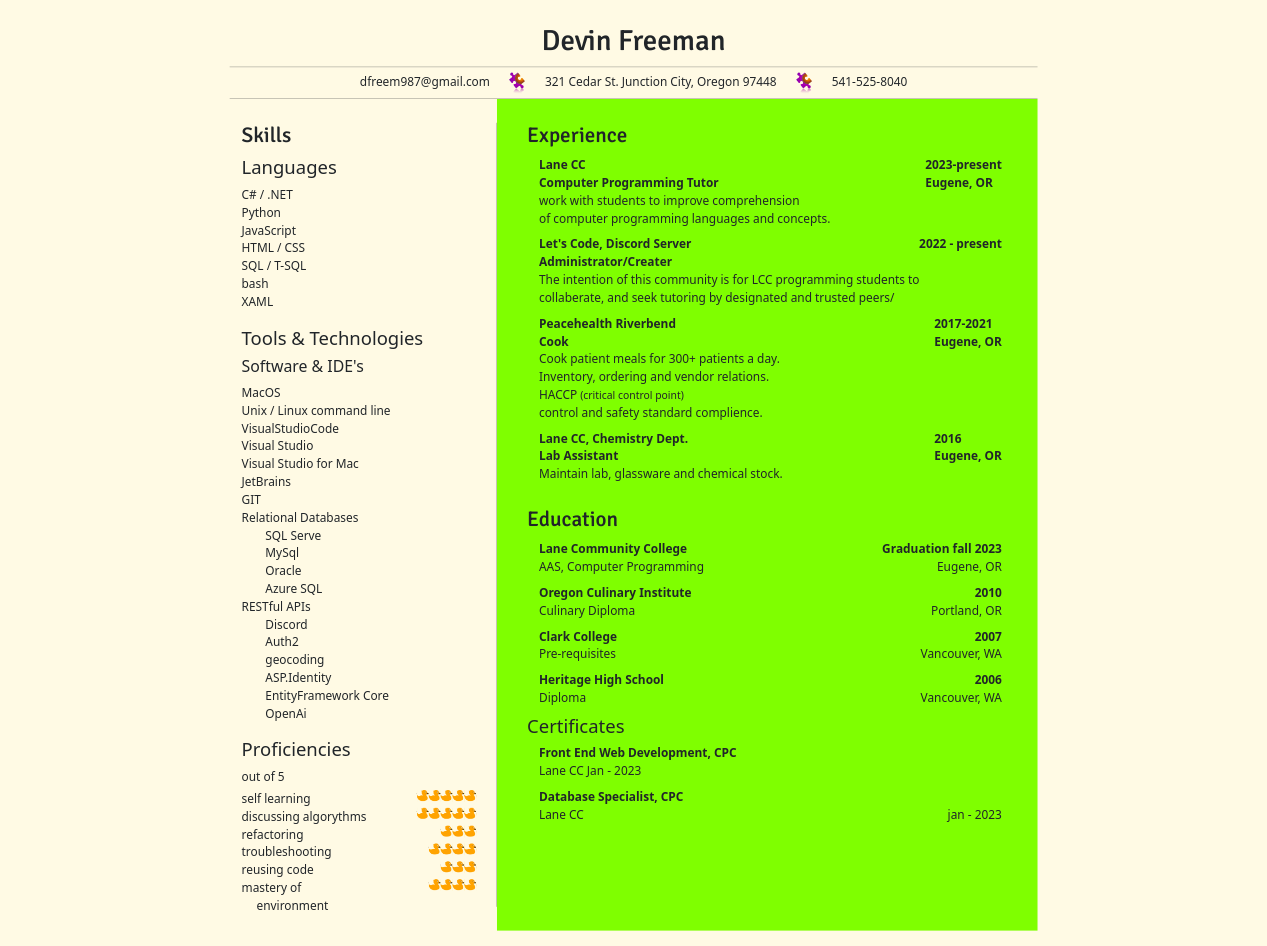
Repository: Dfreem/Resume
Page: index.html
An editor plug-in stored every save of this project. The page is shown before and after the next save, followed by the edit.
The browser window is 1280 px wide. The pictures show the whole page, at 99% of full size.

Above is the page before, as saved 2023-02-13 09:14:58.

### index.html
<!DOCTYPE html>
<html lang="en">

<head>
    <meta charset="UTF-8">
    <meta http-equiv="X-UA-Compatible" content="IE=edge">
    <meta name="viewport" content="width=device-width, initial-scale=1.0">
    <link href="https://cdn.jsdelivr.net/npm/bootstrap@5.3.0-alpha1/dist/css/bootstrap.min.css" rel="stylesheet"
        integrity="sha384-GLhlTQ8iRABdZLl6O3oVMWSktQOp6b7In1Zl3/Jr59b6EGGoI1aFkw7cmDA6j6gD" crossorigin="anonymous">
    <link href="resume.css" rel="stylesheet" />
    <title>Devin Freeman</title>
</head>

<body>

    <h1>Devin Freeman</h1>
    <hr />

    <!-- ========= banner ========= -->

    <div class="personal-info">
        dfreem987@gmail.com
        &emsp;
        <span><img src="puzzle.png" class="puzzle-piece"></img></span>
        &emsp;
        321 Cedar St. Junction City, Oregon 97448
        &emsp;
        <span><img src="puzzle.png" class="puzzle-piece"></img></span>
        &emsp;
        541-525-8040
        <!-- &nbsp;freemand@my.lanecc.edu -->
    </div>
    <hr />
    <!-- ========= Skills start ========= -->

    <div class="hstack">
        <div class="vstack skill-stack">
            <h2>Skills</h2>

            <!-- ========= programming language list ========= -->

            <ul class="langs">
                <div class="d-flex flex-row flex-nowrap">
                    <h3>Languages</h3>
                </div>
                <li class="d-flex flex-row flex-nowrap">
                    C# / .NET</li>
                <li class="d-flex flex-row flex-nowrap">
                    Python</li>
                <li class="d-flex flex-row flex-nowrap">
                    JavaScript</li>
                <li class="d-flex flex-row flex-nowrap">
                    HTML / CSS</li>
                <li class="d-flex flex-row flex-nowrap">
                    SQL / T-SQL</li>
                <li class="d-flex flex-row flex-nowrap">
                    bash</li>
                <li class="d-flex flex-row flex-nowrap">
                    XAML</li>
            </ul>
            <ul>
                <div>
                    <h3>Tools & Technologies</h3>
                    <h4>Software & IDE's</h4>
                    <li>MacOS</li>
                    <li>Unix / Linux command line</li>
                    <li>VisualStudioCode</li>
                    <li>Visual Studio</li>
                    <li>Visual Studio for Mac</li>
                    <li>JetBrains </li>
                    <li>GIT</li>
                    <li>
                        <ul>
                            Relational Databases
                            <li class="ms-4">SQL Serve</li>
                            <li class="ms-4">MySql</li>
                            <li class="ms-4">Oracle</li>
                            <li class="ms-4">Azure SQL</li>
                        </ul>
                    </li>
                    <li>
                        <ul>
                            RESTful APIs
                            <li class="ms-4">Discord</li>
                            <li class="ms-4">Auth2</li>
                            <li class="ms-4">geocoding</li>
                            <li class="ms-4">ASP.Identity</li>
                            <li class="ms-4">EntityFramework Core</li>
                            <li class="ms-4">OpenAi</li>
                        </ul>
                    </li>
                    <li>

                    </li>
                    <li>

                    </li>
                </div>
            </ul>

            <!-- ========= Soft Skills ========= -->
            <div>
                <h3 class="same-line">Proficiencies</h3>

                <div class="push-right same-line">
                    out of 5
                </div>

            </div>
            <ul class="profs me-2">
                <li class="d-flex flex-row flex-nowrap">
                    self learning<div class="push-right five"></div>
                </li>
                <li class="d-flex flex-row flex-nowrap">
                    discussing algorythms<div class="push-right five"></div>
                </li>
                <li class="d-flex flex-row flex-nowrap">
                    refactoring<div class="push-right three"></div>
                </li>
                <li class="d-flex flex-row flex-nowrap">
                    troubleshooting<div class="push-right four"></div>
                </li>
                <li class="d-flex flex-row flex-nowrap">
                    reusing code<div class="push-right three"></div>
                </li>
                <li class="d-flex flex-row flex-nowrap">
                    mastery of <br />&emsp; environment<div class="push-right four">
                    </div>
                </li>
                <li class="dlex flex-row flex-nowrap"></li>
            </ul>

            <!-- ========= Professional References ========= -->

            <!-- <hr class="my-3" />
                <h3>References</h3>
                <dl class="profs me-2">
                    <dt class="d-flex flex-row flex-nowrap">
                        Bryce Fisher
                        <div class="push-right">
                            Lane CC, 2022
                        </div>
                    </dt>
                    <dd>
                        <b>collaborator / school colleague</b><br />
                        360-913-4165 <br />
                        bryce.e.fisher@gmail.com.
                    </dd>
                </dl>

                <dl class="profs me-2">
                    <dt class="d-flex flex-row flex-nowrap">
                        Ben Wilson
                        <div class="push-right">
                            Lane CC, 2022
                    </div>
                </dt>
                <dd>
                    <b>school colleague / tutee</b><br />
                    541-870-0555<br />
                    benosliw@gmail.com
                </dd>
            </dl>

            <dl class="profs me-2">
                <dt class="d-flex flex-row flex-nowrap">
                    Paul Frost
                    <div class="push-right">
                        Lane CC, 2022
                    </div>
                </dt>
                <dd>
                    <b>school colleague / tutee</b><br />
                    458-210-0711<br />
                    workpaulfrost@gmail.com<br />

                </dd>
            </dl> -->
        </div>
        <div class="vr my-4"></div>
        <div class="vstack work-stack">

            <!-- ========= Most Recent Work History ========= -->

            <dl class="work-history mt-4">
                <h2>Experience</h2>

                <!-- ========== Experience ========== -->

                <div class="container work-container">
                    <dt class="d-flex flex-nowrap flex-row">
                        Lane CC
                        <br />
                        Computer Programming Tutor
                        <div class="push-right">
                            2023-present
                            <br />
                            Eugene, OR
                        </div>
                    </dt>
                    <dd class="ed-details">
                        work with students to improve comprehension <br /> of computer programming languages and
                        concepts.
                    </dd>
                </div>

                <div class="container work-container">
                    <dt class="d-flex flex-nowrap flex-row">
                        Let's Code, Discord Server<br />
                        Administrator/Creater
                        <div class="push-right">2022 - present</div>
                    </dt>
                    <dd class="ed-title">
                        The intention of this community is for LCC programming students to<br />
                        collaberate, and seek tutoring by designated and trusted peers/
                    </dd>
                </div>
                <!-- ========== work history slot 2 ========== -->
                <div class="container work-container">
                    <dt class="d-flex flex-nowrap flex-row">
                        Peacehealth Riverbend
                        <br />
                        Cook
                        <div class="push-right">
                            2017-2021
                            <br />
                            Eugene, OR
                        </div>
                    </dt>
                    <dd class="ed-details">
                        Cook patient meals for 300+ patients a day. <br />
                        Inventory, ordering and vendor relations. <br />
                        HACCP <small>(critical control point)</small><br />
                        control and safety standard complience. <br />
                    </dd>
                </div>

                <!-- ========== work history slot 3 ========== -->
                <!--
                    <div class="container work-container">
                        <dt class="d-flex flex-nowrap flex-row">
                            McMenamins
                            <br />
                            Assistant kitchen manager
                            <div class="push-right">
                                2011-2013
                                <br />
                                Portland, OR
                                <br />
                            </div>
                        </dt>
                        <dd class="ed-details">
                            Staff management. Food order expeditor. <br />
                            Proficient in all stations including Pizza Kitchen.
                        </dd>
                    </div> -->

                <!-- ========== work history slot 3 ========== -->

                <div class="container work-container">
                    <dt class="d-flex flex-nowrap flex-row">
                       Lane CC, Chemistry Dept.
                        <br />
                        Lab Assistant
                        <div class="push-right">
                            2016
                            <br />
                            Eugene, OR
                        </div>
                    </dt>
                    <dd class="ed-details">Maintain lab, glassware and chemical stock.</dd>
                </div>
            </dl>

            <!-- ========== Education Start ========== -->

            <dl class="education">
                <h2>Education</h2>

                <!-- ========== Education slot 1 ========== -->

                <div class="container work-container">
                    <dt class="d-flex flex-nowrap flex-row">
                        <div class="ed-title">Lane Community College</div>
                        <div class="push-right">Graduation fall 2023</div>
                    </dt>
                    <dd class="d-flex flex-nowrap flex-row">
                        <div class="ed-title">AAS, Computer Programming </div>
                        <span class="push-right"> Eugene, OR </span>
                    </dd>
                </div>

                <!-- ========== Education slot 2 ========== -->

                <div class="container work-container">
                    <dt class="d-flex flex-nowrap flex-row">
                        <div class="ed-title">Oregon Culinary Institute</div>
                        <span class="push-right">2010</span>
                    </dt>
                    <dd class="d-flex flex-nowrap flex-row">
                        <div class="ed-title">Culinary Diploma</div>
                        <span class="push-right">Portland, OR</span>
                    </dd>
                </div>

                <!-- ========== Education slot 3 ========== -->

                <div class="container work-container">
                    <dt class="d-flex flex-nowrap flex-row">
                        <div class="ed-title">Clark College</div>
                        <span class="push-right">2007</span>
                    </dt>
                    <dd class="d-flex flex-nowrap flex-row">
                        <div class="ed-title">Pre-requisites</div>
                        <span class="push-right">Vancouver, WA</span>
                    </dd>
                </div>

                <!-- ========== Education slot 4 ========== -->

                <div class="container work-container">
                    <dt class="d-flex flex-nowrap flex-row">
                        <div class="ed-title">Heritage High School</div>
                        <span class="push-right">2006</span>
                    </dt>
                    <dd class="d-flex flex-nowrap flex-row">
                        <div class="ed-title">Diploma</div>
                        <span class="push-right">Vancouver, WA</span>
                    </dd>
                </div>
                <!-- ========= Certifications ========= -->


                <h3>Certificates</h3>
                <div class="container work-container">
                    <dt class="d-flex flex-row flex-nowrap">
                        <div class="ed-title">Front End Web Development, CPC
                        </div>
                    </dt>
                    <dd>
                        <span class="push-right">
                            Lane CC
                            Jan - 2023

                        </span>
                    </dd>
                </div>

                <div class="container work-container">
                    <dt>Database Specialist, CPC </dt>
                    <dd class="d-flex flex-row flex-nowrap">Lane CC
                        <span class="push-right">jan - 2023</span>
                    </dd>
                </div>
        </div>
        </dl>



    </div>
    </div>
    <dl class="d-grid container">
        <div class="row">

    </dl>
    </div>

</body>
<script src="https://cdn.jsdelivr.net/npm/bootstrap@5.3.0-alpha1/dist/js/bootstrap.bundle.min.js"
    integrity="sha384-w76AqPfDkMBDXo30jS1Sgez6pr3x5MlQ1ZAGC+nuZB+EYdgRZgiwxhTBTkF7CXvN"
    crossorigin="anonymous"></script>

</html>

### resume.css
@import url('https://fonts.googleapis.com/css2?family=Raleway:ital,wght@0,500;0,700;0,800;1,500&family=Signika:wght@400;500;700&display=swap');

/*
font-family: 'Raleway', sans-serif;
font-family: 'Signika', sans-serif;
*/
body {
    /* padding-inline: 0.5in; */
    padding-block-start: 2em;
    margin: auto;
    max-width: 8.5in;
    min-width: 8.5in;
    max-height: 11in;
    font-size: 12px;
    background-color: rgb(255, 250, 228);
}

.personal-info {
    text-align: center;
    margin-bottom: 0;
}

h1 {
    font-family: 'Signika', sans-serif;
    text-align: center;
    font-size: 22pt;
    letter-spacing: 105%;
}

h2 {
    font-family: 'Signika', sans-serif;
    font-size: 16pt;
    margin-block-start: 0;
}

h3 {
    font-size: 14pt;
    width: fit-content;
}

h4 {
    font-size: 12pt;
}

.puzzle-piece {
    width: 1.6em;
    margin-block: .3em;
}

.work-history {
    min-width: 90%;
    align-self: flex-end;
    margin-inline-end: 2em;
}

.work-stack{
    background-color: chartreuse;
}

.education {
    align-self: flex-end;
    margin-inline-end: 2em;
    width: 90%;
}

.skill-stack {
    min-width:25%;
    max-width: 30%;
    margin-inline:1em;
    margin-block-end: 1em;
    margin-top: 2em;
    /* background-color: chartreuse; */
}

.push-right {
    margin-inline-start: auto;
}

.profs {
    /* font-size: 10px; */
    margin-block: .3em;
}



.five {
    background-image: url("ducky.png");
    background-size: 12px;
    background-repeat: repeat-x;
    width:60px;
 }

.four {
    background-image: url("ducky.png");
    background-size: 12px;
    background-repeat: repeat-x;
    width:48px;
    /* background-position: ; */
}

.three {
    background-image: url("ducky.png");
    background-size: 12px;
    background-repeat: repeat-x;
    width:36px;
 }
.two {
    background-image: url("ducky.png");
    background-size: 12px;
    background-repeat: repeat-x;
    width:24px;
 }

hr {
    margin-block: 0;
}

ul {
    padding-Inline: 0;
}

li {
    list-style: none;
}

After the next save:
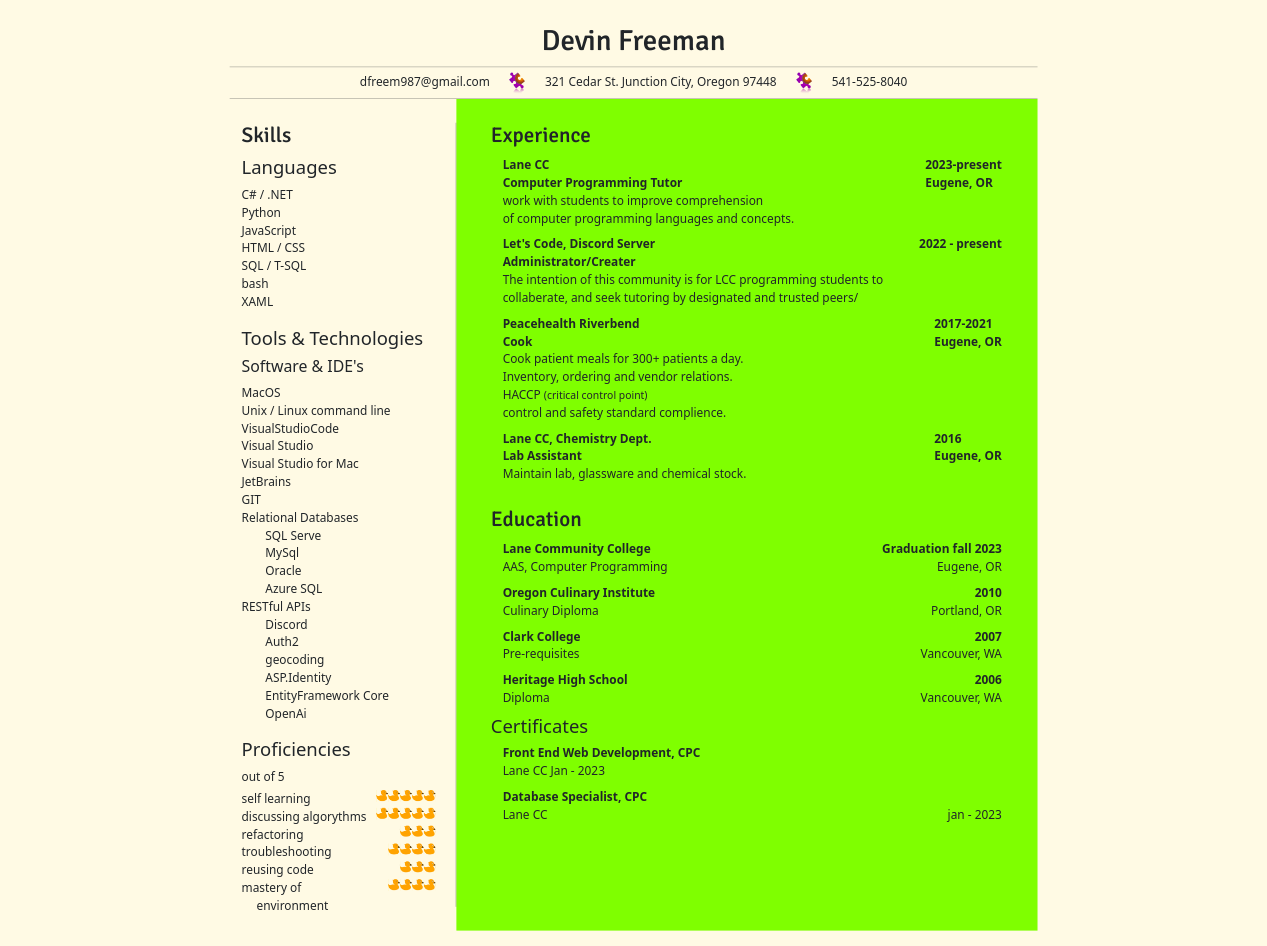
Saved 54 s later.
--- a/resume.css
+++ b/resume.css
@@ -65,7 +65,7 @@ h4 {
 
 .skill-stack {
     min-width:25%;
-    max-width: 30%;
+    max-width: 25%;
     margin-inline:1em;
     margin-block-end: 1em;
     margin-top: 2em;
